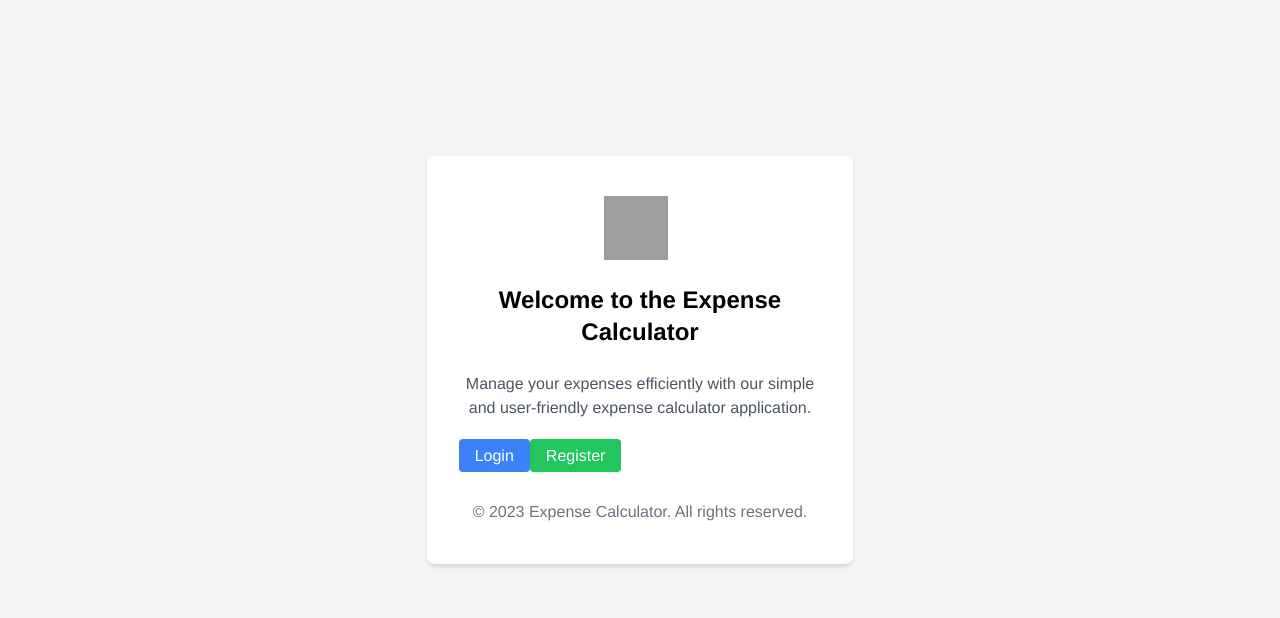
Repository: musabismael/expense-calculator-web
Page: /
These files come from the project's save history. The page is drawn as it stood at one moment and after the next save; the edit follows.
The browser window is 1280 px wide. The pictures show the whole page.
Pictures or frames that could not be fetched are drawn as grey boxes. The project was rebuilt for these pictures with package versions that can differ from the ones it lists, and the page was loaded fresh each time. The framework's server and built-in components were replaced by stand-ins that run in the browser. Also part of the build but not shown: next.config.js.

Above is the page before, as saved 2023-08-23 02:58:14.

After the next save:
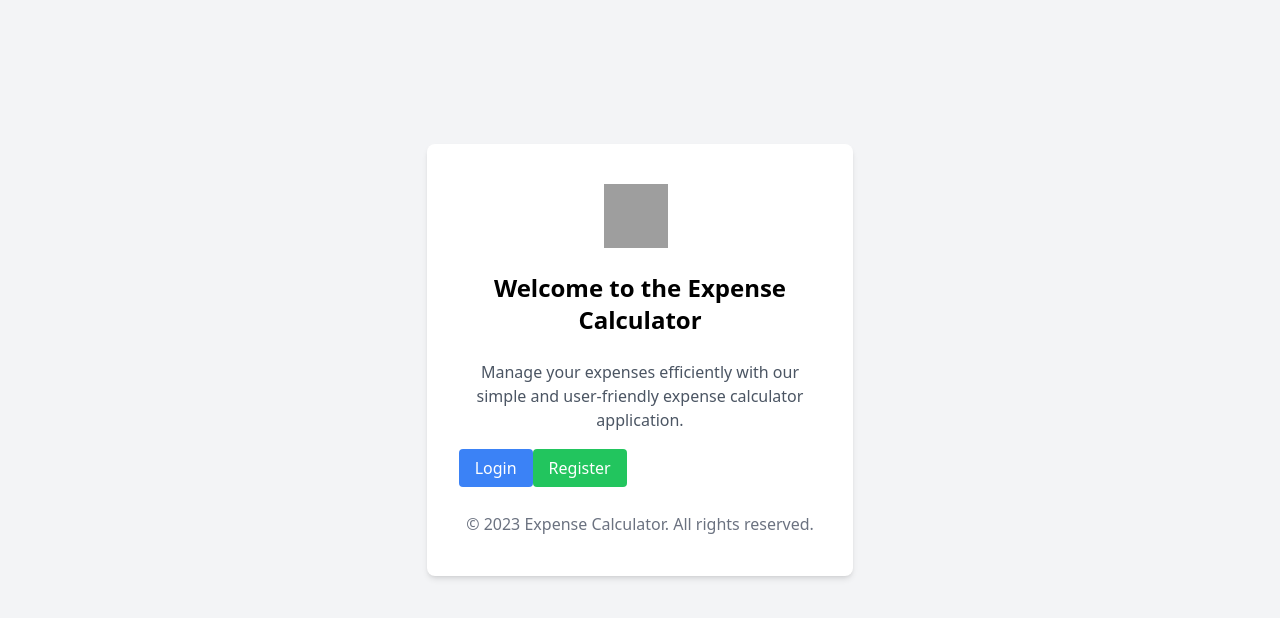
Saved 12 s later.
--- a/src/app/globals.css
+++ b/src/app/globals.css
@@ -6,22 +6,5 @@
 
 /* Your global styles */
 
-/* Apply a margin and padding reset */
-body, h1, h2, h3, h4, h5, h6, p, ul, ol, li {
-  margin: 0;
-  padding: 0;
-}
-
-/* Set a global font family */
-body {
-  font-family: 'Helvetica', sans-serif;
-}
-
-/* Set a default max-width and center the content */
-.container {
-  max-width: 1200px;
-  margin: 0 auto;
-  padding: 0 20px;
-}
 
 /* Add more global styles as needed */
